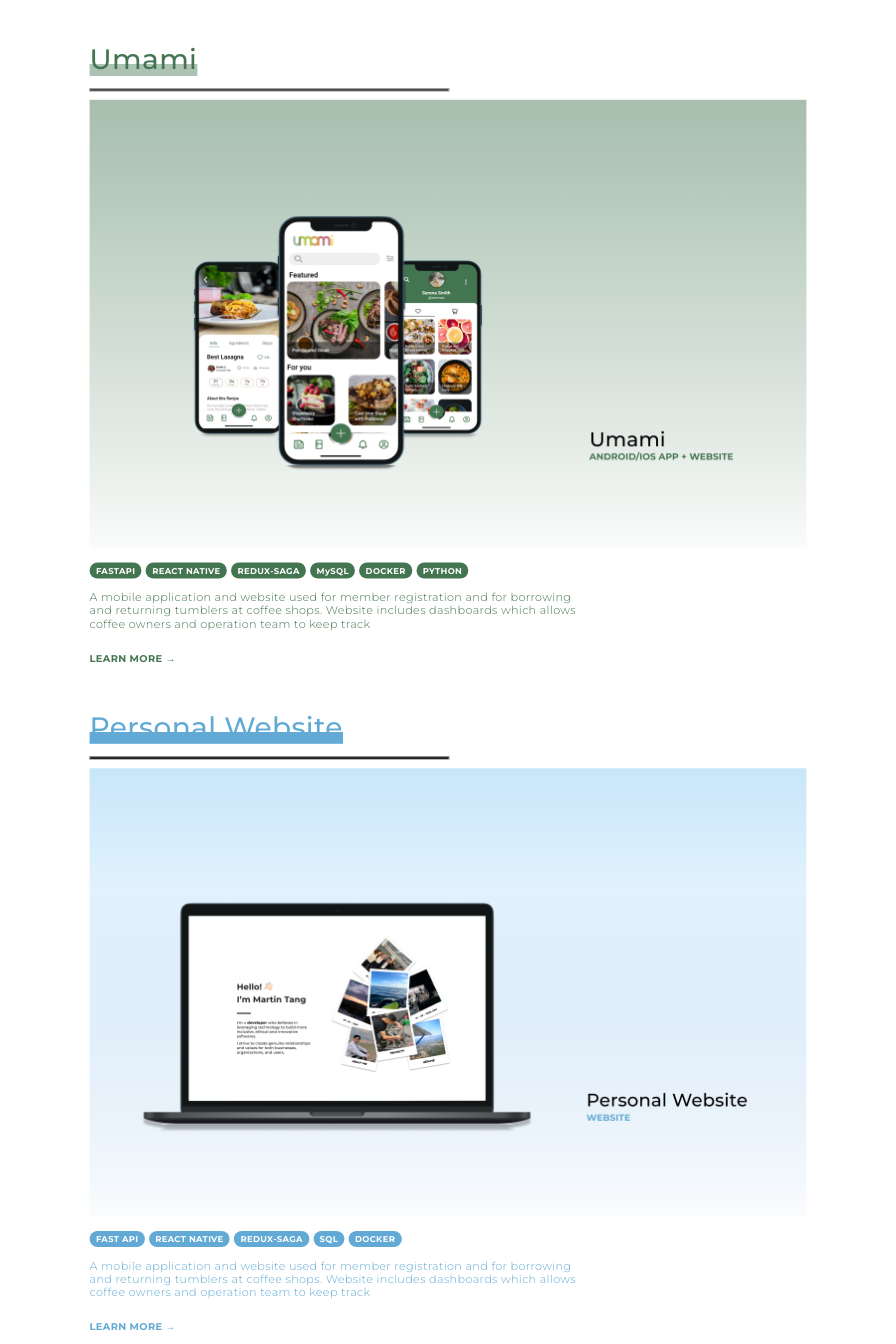
Repository: TangMartin/martintang
Page: index.html
The author's editor kept a copy of each file at every save. The page is drawn from the files as they stood at one save, then again after the next save.
The browser window is 1280 px wide. The pictures show the part of the page from y = 1062 to 2982 px (the page is 2982 px tall), at 70% of full size.

Above is the page before, as saved 2021-11-24 22:14:14.

### index.html
<!DOCTYPE html>

<html>
    <head>
        <link href="./styles/style.css" rel="stylesheet">
        <link rel="preconnect" href="https://fonts.googleapis.com">
        <link rel="preconnect" href="https://fonts.gstatic.com" crossorigin>
        <link href="https://fonts.googleapis.com/css2?family=Montserrat:wght@300;500;700&display=swap" rel="stylesheet">
        <title> Martin Tang</title>
    </head>

    <body>
        <!-- Nav Bar-->
        <!-- Main Page-->
        <div class="flex-main">
            <!-- Left Box-->
            <div class="flex-left">
                <h1>Hello! <span class="wave" style="margin-left: 4%;">👋🏻</span> </h1>
                <h1>I'm Martin Tang</h1>
                <hr style="height:5px; width:15%; margin-left:0; background-color:#222020; display: inline-block">
                <h3>I'm a <strong>developer</strong> who believes in leveraging technology to build more inclusive, ethical and innovative softwares. </h3>
                <h3>I strive to create genuine relationships and values for both businesses, organizations, and users.</h3>
            </div>
            <!-- Right Box-->
            <div class="flex-right">
                <div class="image-stack">
                    <a style="grid-column: 8; grid-row: 10; cursor: pointer; --turn-radius: 12deg; cursor: pointer;" href="./Martin_Tang_Resume.pdf" target="_blank" download>
                        <img src="./assets/polaroids/Resume.png"/>
                    </a>
                    <img style="grid-column: 3; grid-row: 1; --turn-radius: -12deg;" src="./assets/polaroids/Apsc100.png" />
                    <img style="grid-column: 1; grid-row: 7; --turn-radius: -12deg;" src="./assets/polaroids/Sunset.png" />
                    <img style="grid-column: 7; grid-row: 5; --turn-radius: 15deg;" src="./assets/polaroids/Hongkongpng.png" />
                    <a style="grid-column: 3; grid-row: 12; --turn-radius: -12deg; cursor: pointer;" href="./pages/aboutme.html">
                        <img src="./assets/polaroids/Aboutme.png" />
                    </a>
                    <img style="grid-column: 4; grid-row: 5; --turn-radius: -4deg;"src="./assets/polaroids/Jetski.png" />
                    <a style="grid-column: 5; grid-row: 9; --turn-radius: 10deg; cursor: pointer;" href="#featuredwork">
                        <img src="./assets/polaroids/Projects.png"/>
                    </a>
                </div>
            </div>
        </div>
        <div class="featured_work" id="featuredwork">
            <!-- Featured Work -->
            <h1 style="text-align: center; padding-top: 5rem;"> Featured Work </h1>
            <ul class="work_list">

                <!-- Umami -->
                <li class="work_item" style="--work-color: #447551;">
                    <h1><span class="highlight" style="--highlighter-color: #ACC2B2;">Umami</span></h1>
                    <hr style="height:2.5px; width:50%; margin-left:0; background-color:#222020; display: inline-block; margin">
                    <img class="work_image" src="./assets/images/Umami.png" />
                    <div class="technologies">
                        <p>FASTAPI</p>
                        <p>REACT NATIVE</p>
                        <p>REDUX-SAGA</p>
                        <p>MySQL</p>
                        <p>DOCKER</p>
                        <p>PYTHON</p>
                    </div>
                    <p class="work_description">
                        A mobile application and website used for member registration and for borrowing and returning tumblers at coffee shops.  Website includes dashboards which allows coffee owners and operation team to keep track
                    </p>
                    <h3> LEARN MORE → </h3>
                </li>

                <!-- Personal Website -->
                <li class="work_item" style="--work-color: #62AAD5;">
                    <h1><span class="highlight" style="--highlighter-color: #62AAD5;">Personal Website</span></h1>
                    <hr style="height:2.5px; width:50%; margin-left:0; background-color:#222020; display: inline-block">
                    <img class="work_image" src="./assets/images/Personalwebsite.png" />
                    <div class="technologies">
                        <p>FAST API</p>
                        <p>REACT NATIVE</p>
                        <p>REDUX-SAGA</p>
                        <p>SQL</p>
                        <p>DOCKER</p>
                    </div>
                    <p class="work_description">
                        A mobile application and website used for member registration and for borrowing and returning tumblers at coffee shops.  Website includes dashboards which allows coffee owners and operation team to keep track
                    </p>
                    <h3> LEARN MORE → </h3>
                </li>

            </ul>
        </div>
    </body>
</html>

### styles/style.css
:root {
    --highlighter-color: #EEDF5B;
    --work-color: #1cca73;
    --turn-radius: 6deg;
}

html{
    scroll-behavior: smooth;
}
body {
    max-width: 70rem;
    margin-right: auto;
    margin-left: auto;
    width: 80vw;
    padding-top: 2rem;
}

body,
h1,
h2,
h3,
h4,
h5 {
  font-family: 'Montserrat', sans-serif;
  letter-spacing: 0.5px;
}

h3 {
    margin-top: 10px;
    color: #222020;
    font-size: 20px;
    font-weight: 300;
}

/* MAIN PAGE */
.flex-main {
    display: flex;
    flex-direction: row;
}
.flex-main h1 {
    display: flex;
    flex-direction: row;
    font-size: 50px;
    margin: 5px 0px 10px 0px;
}

.flex-left {
    width: 40%;
    padding-top: 23%;
    padding-bottom: 2%;
}
.flex-right {
    width: 60%;
}
.image-stack{
    display: grid;
    grid-template-columns: repeat(12, 55px);
    grid-template-rows: repeat(19, 48px);
    padding-left: 10%;

}
.image-stack img {
    transition: all 0.3s ease-in-out 0s;
}
.image-stack img:hover {
    transform: rotate(var(--turn-radius));
    transition: all 0.3s ease-in-out 0s;
}

.wave {
    animation-name: wave-animation;  /* Refers to the name of your @keyframes element below */
    animation-duration: 2.5s;        /* Change to speed up or slow down */
    animation-iteration-count: infinite;  /* Never stop waving :) */
    transform-origin: 70% 70%;       /* Pivot around the bottom-left palm */
    display: inline-block;
  }

  @keyframes wave-animation {
      0% { transform: rotate( 0.0deg) }
     10% { transform: rotate(14.0deg) }  /* The following five values can be played with to make the waving more or less extreme */
     20% { transform: rotate(-8.0deg) }
     30% { transform: rotate(14.0deg) }
     40% { transform: rotate(-4.0deg) }
     50% { transform: rotate(10.0deg) }
     60% { transform: rotate( 0.0deg) }  /* Reset for the last half to pause */
    100% { transform: rotate( 0.0deg) }
  }

/* FEATUERED WORK */
.featured_work {
    margin-top: -5%;
}
.featured_work h1 {
    font-size: 40px;
}
.work_list {
    list-style: none;
    padding-left: 0;
}
.work_item {
    margin-top: 4rem;
    color: var(--work-color);
}
.work_item h1{
    margin-bottom: 1%;
}
.work_item h3{
    margin-top: 3%;
    font-weight: bold;
    font-size: 14px;
    color: var(--work-color);
}
.work_image {
    max-width: 100%;
}
.work_description {
    margin-top: 5px;
    font-weight: 350;
    width: 70%;
}
.highlight {
    background: linear-gradient(180deg, #FFFFFF 65%, var(--highlighter-color) 65%);
    font-weight: 400;
}
.technologies {
    margin-top: 5px;
    display: flex;
    flex-direction:row;
}
.technologies p {
    font-size: 12px;
    margin-right: 6px;
    color: #FFFFFF;
    font-weight: 600;
    border-radius:20px;
    padding: 4px 9px 4px 9px;
    background: var(--work-color);
}

After the next save:
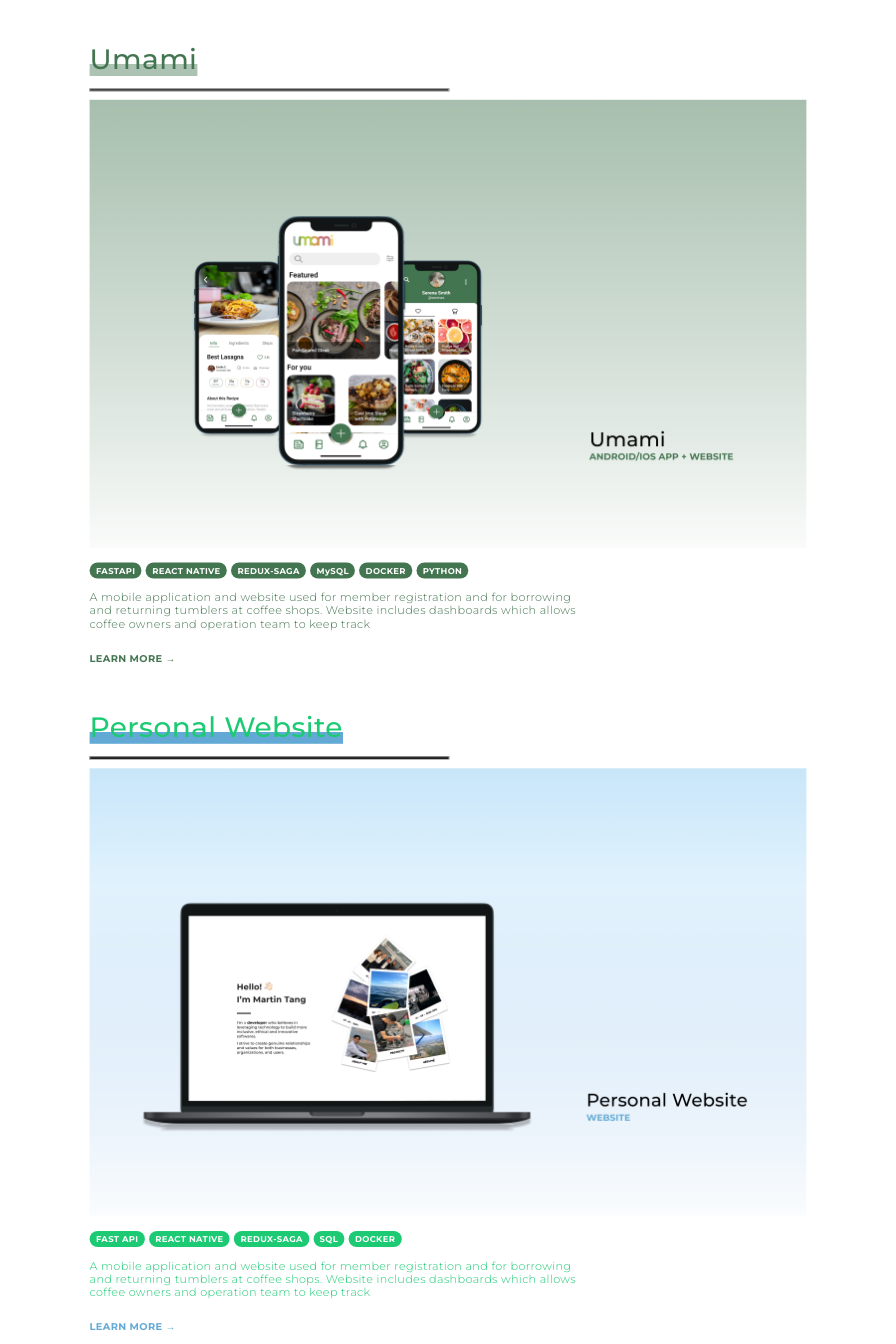
Saved 70 s later.
--- a/index.html
+++ b/index.html
@@ -65,7 +65,7 @@
                 </li>
 
                 <!-- Personal Website -->
-                <li class="work_item" style="--work-color: #62AAD5;">
+                <li class="work_item">
                     <h1><span class="highlight" style="--highlighter-color: #62AAD5;">Personal Website</span></h1>
                     <hr style="height:2.5px; width:50%; margin-left:0; background-color:#222020; display: inline-block">
                     <img class="work_image" src="./assets/images/Personalwebsite.png" />
@@ -79,7 +79,7 @@
                     <p class="work_description">
                         A mobile application and website used for member registration and for borrowing and returning tumblers at coffee shops.  Website includes dashboards which allows coffee owners and operation team to keep track
                     </p>
-                    <h3> LEARN MORE → </h3>
+                    <h3 style="--work-color: #62AAD5;"> LEARN MORE → </h3>
                 </li>
 
             </ul>
